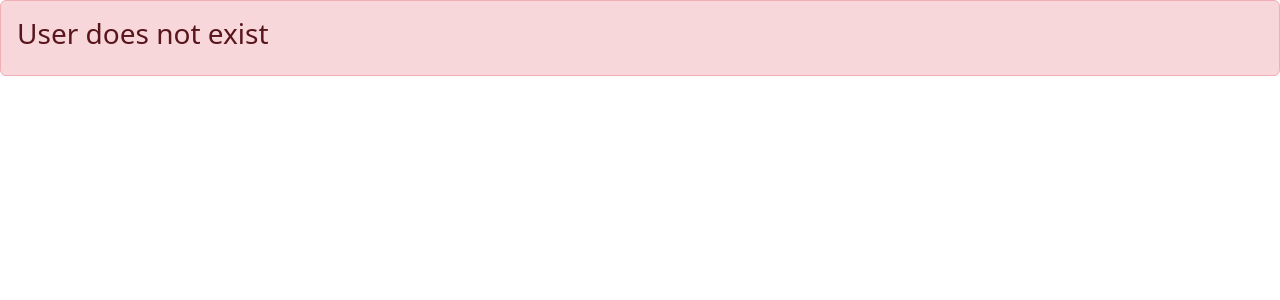
Repository: AyushMahatara/PHP-Simple-CRUD-with-JSON
Page: http://localhost/user/view.php?id=4
The author's editor kept a copy of each file at every save. The page is drawn from the files as they stood at one save, then again after the next save.
The browser window is 1280 px wide. The pictures show the whole page.
The page is run by PHP 8.4 with error messages shown; the project is at /var/www/html/.

Above is the page before, as saved 2024-03-20 16:24:53.

### user/view.php
<?php
include '../partials/header.php';
require './users.php';

if (!isset($_GET['id'])) {
    include "../partials/not_found.php";
    exit;
}

$userId = $_GET['id'];

$user = getUserById($userId);

if ($user) {
    include "../partials/not_found.php";

    exit;
}
?>

<table class="table">
    <tbody>
        <tr>
            <th>Name:</th>
            <td><?php echo $user['name'] ?></td>
        </tr>
        <tr>
            <th>Username:</th>
            <td><?php echo $user['username'] ?></td>
        </tr>
        <tr>
            <th>Email:</th>
            <td><?php echo $user['email'] ?></td>
        </tr>
        <tr>
            <th>Phone:</th>
            <td><?php echo $user['phone'] ?></td>
        </tr>
        <tr>
            <th>Website:</th>
            <td><?php echo $user['website'] ?></td>
        </tr>
    </tbody>
</table>


<?php
include '../partials/footer.php';
?>

### partials/header.php
<!DOCTYPE html>
<html lang="en">

<head>
    <meta charset="UTF-8">
    <meta name="viewport" content="width=device-width, initial-scale=1.0">
    <link href="https://cdn.jsdelivr.net/npm/bootstrap@5.3.3/dist/css/bootstrap.min.css" rel="stylesheet" integrity="sha384-QWTKZyjpPEjISv5WaRU9OFeRpok6YctnYmDr5pNlyT2bRjXh0JMhjY6hW+ALEwIH" crossorigin="anonymous">
    <title>Document</title>
</head>

<body>

### user/users.php
<?php

function getUsers()
{
    return json_decode(file_get_contents('./users.json'), true);

    // echo '<pre>';
    // var_dump($users);
    // echo '<pre>';
}


function getUserById($id)
{
    $users = getUsers();
    foreach ($users as $user) {
        if ($user['id'] == $id) {
            return $user;
        }
    }
    return null;
}


function createUser($data)
{
}


function updateUser($data, $id)
{
}

function deleteUser($id)
{
}

### user/users.json
[
  {
    "id": 4,
    "name": "Patricia Lebsack",
    "username": "Karianne",
    "email": "Julianne.OConner@kory.org",
    "phone": "123451234",
    "website": "kale.biz",
    "extension": "jpg"
  },
  {
    "id": 5,
    "name": "Chelsey Dietrich",
    "username": "Kamren",
    "email": "Lucio_Hettinger@annie.ca",
    "phone": "453218563",
    "website": "demarco.info",
    "extension": "jpg"
  },
  {
    "id": 6,
    "name": "Mrs. Dennis Schulist",
    "username": "Leopoldo_Corkery",
    "email": "Karley_Dach@jasper.info",
    "phone": "1078412367",
    "website": "ola.org",
    "extension": "jpg"
  },
  {
    "id": 7,
    "name": "Kurtis Weissnat",
    "username": "Elwyn.Skiles",
    "email": "Telly.Hoeger@billy.biz",
    "phone": "210.067.6132",
    "website": "elvis.io"
  },
  {
    "id": 8,
    "name": "Nicholas Runolfsdottir V",
    "username": "Maxime_Nienow",
    "email": "Sherwood@rosamond.me",
    "phone": "586.493.6943 x140",
    "website": "jacynthe.com"
  },
  {
    "id": 9,
    "name": "Glenna Reichert",
    "username": "Delphine",
    "email": "Chaim_McDermott@dana.io",
    "phone": "(775)976-6794 x41206",
    "website": "conrad.com"
  },
  {
    "id": 10,
    "name": "Clementina DuBuque",
    "username": "Moriah.Stanton",
    "email": "Rey.Padberg@karina.biz",
    "phone": "024-648-3804",
    "website": "ambrose.net"
  },
  {
    "name": "John Doe",
    "username": "john22",
    "email": "",
    "phone": "12345",
    "website": "",
    "id": 1879571,
    "extension": "jpg"
  }
]

### partials/not_found.php
<div class="alert alert-danger">
    <h3>User does not exist</h3>
</div>

### partials/footer.php
</body>

<script src="https://cdn.jsdelivr.net/npm/bootstrap@5.3.3/dist/js/bootstrap.bundle.min.js" integrity="sha384-YvpcrYf0tY3lHB60NNkmXc5s9fDVZLESaAA55NDzOxhy9GkcIdslK1eN7N6jIeHz" crossorigin="anonymous"></script>


</html>

After the next save:
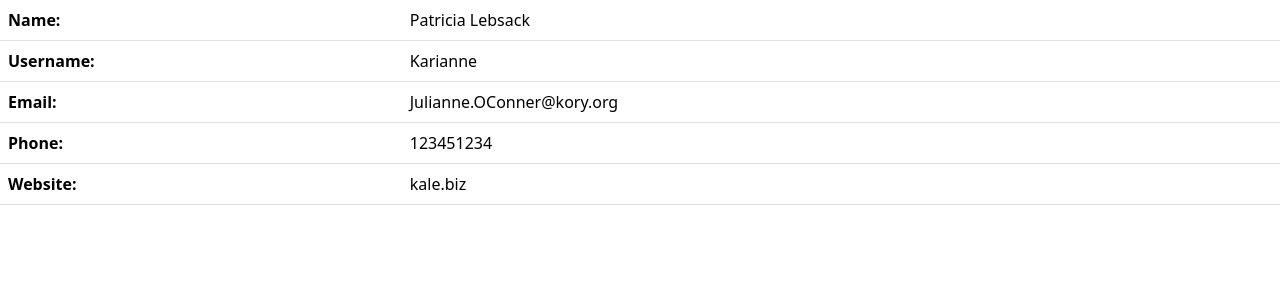
Saved 13 s later.
--- a/user/view.php
+++ b/user/view.php
@@ -11,7 +11,7 @@ $userId = $_GET['id'];
 
 $user = getUserById($userId);
 
-if ($user) {
+if (!$user) {
     include "../partials/not_found.php";
 
     exit;
